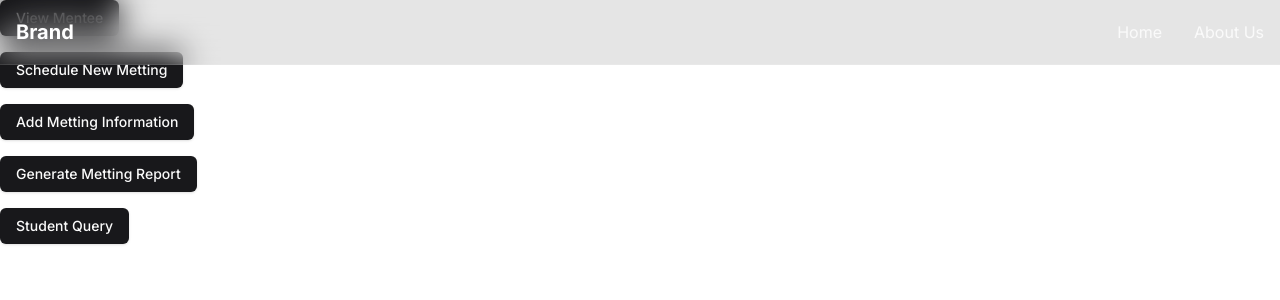
Repository: gauravbhindwar/mentorlink
Page: /pages/mentor/mentordashboard
An editor plug-in stored every save of this project. The page is shown before and after the next save, followed by the edit.
The browser window is 1280 px wide. The pictures show the whole page.
The project was rebuilt for these pictures with package versions that can differ from the ones it lists, and the page was loaded fresh each time. The framework's server and built-in components were replaced by stand-ins that run in the browser. Also part of the build but not shown: next.config.js, next.config.ts.

Above is the page before, as saved 2024-11-07 01:25:39.

After the next save:
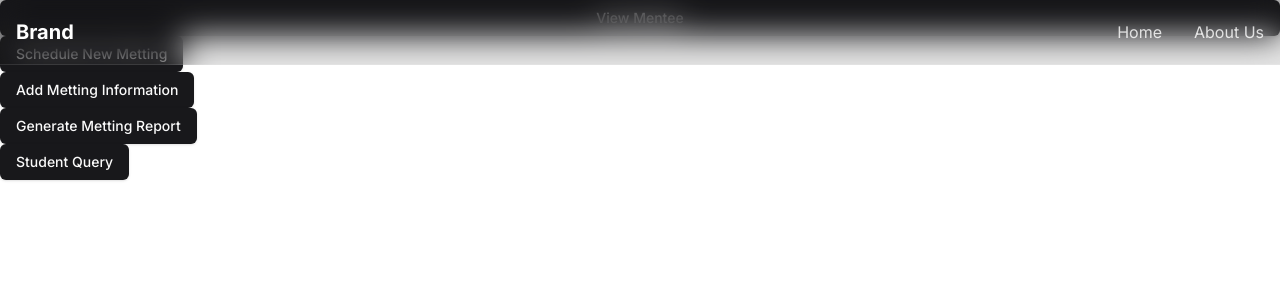
Saved 27 s later.
--- a/src/components/mentor/MentorDashBoard.jsx
+++ b/src/components/mentor/MentorDashBoard.jsx
@@ -3,8 +3,8 @@ import { Button } from '../ui/button'
 
 const MentorDashBoard = () => {
     return (
-        <div className='flex flex-col gap-4 w-full'>
-            <div>
+        <div >
+            <div className='flex flex-col gap-4 w-full'>
                 <Button>
                     View Mentee
                 </Button>
